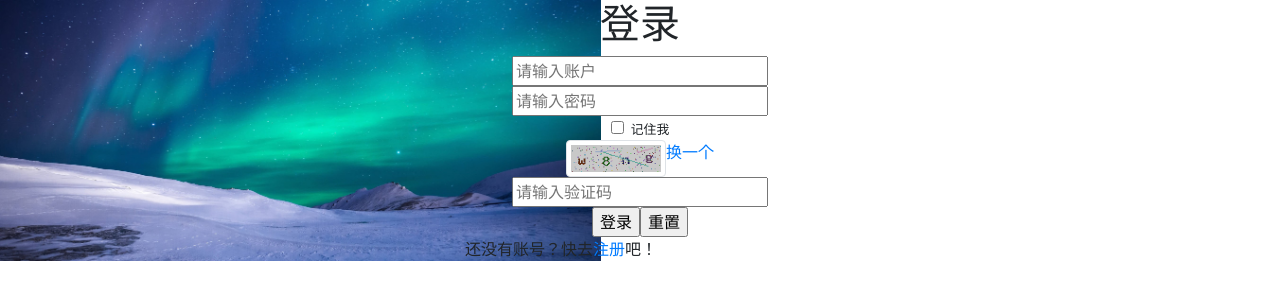
Repository: DHUAVH/Blog
Page: http://localhost/login.php
These files come from the project's save history. The page is drawn as it stood at one moment and after the next save; the edit follows.
The browser window is 1280 px wide. The pictures show the whole page.
Some web libraries are served in a nearby version. The page is run by PHP 8.4 with error messages shown; the project is at /var/www/html/.

Above is the page before, as saved 2020-11-29 17:26:40.

### login.php
<!DOCTYPE html>
<html lang="en">
<head>
    <meta charset="UTF-8">
    <meta name="viewport" content="width=device-width, initial-scale=1.0">
    <link rel="stylesheet" href="https://cdn.staticfile.org/twitter-bootstrap/4.3.1/css/bootstrap.min.css">
    <script src="https://cdn.staticfile.org/jquery/3.2.1/jquery.min.js"></script>
    <script src="https://cdn.staticfile.org/popper.js/1.15.0/umd/popper.min.js"></script>
    <script src="https://cdn.staticfile.org/twitter-bootstrap/4.3.1/js/bootstrap.min.js"></script>
    <title>登陆界面</title>

    <style>
        body{
            background:url(images/bg.jpg);
            background-size:contain;
            background-repeat: no-repeat;
        }
    </style>
</head>

<body>
    <div class="container">
        <h1 class="text-center">登录</h1>
        <div class="row">
            <div class="col-sm-4 offset-sm-4">    <!--使用网格系统和偏移量设置居中-->
                <form role="form" action="loginAction.php" method="POST">
                    <div class="text-center">
                        <input id="ID" type="text" name="username"
                            value="<?php echo isset($_COOKIE['username']) ? $_COOKIE['username'] : "";?>"  placeholder="请输入账户" required>
                    </div>

                    <div class="text-center">
                        <input type="password" id="lastname" name="password" placeholder="请输入密码" required>
                    </div>

                    <div class="form-check text-center">
                        <label class="form-check-label">
                            <input class="form-check-input" type="checkbox"><small>记住我</small>
                        </label>
                    </div>

                    <span colspan="2" class="text-center" style="color:red;font-size:10px;"></span>
                    <?php
                        $err = isset($_GET["err"]) ? $_GET["err"] : "";
                        switch($err){
                            case 1:
                                // 可取消的警告框
                                echo "<div class='alert alert-danger alert-dismissible fade show' role='alert'>";
                                echo "<strong>用户名或密码错误!请检查用户名或重新输入密码！</strong>";
                                echo "<button type=button' class='close' data-dismiss='alert' aria-label='Close'>";
                                echo "<span aria-hidden='true'>&times;</span>";
                                echo "</button>";
                            break;

                            case 2:
                                // 可取消的警告框
                                echo "<div class='alert alert-waring alert-dismissible fade show' role='alert'>";
                                echo "<strong>警告!用户名和密码不能为空！</strong>";
                                echo "<button type=button' class='close' data-dismiss='alert' aria-label='Close'>";
                                echo "<span aria-hidden='true'>&times;</span>";
                                echo "</button>";
                            break;

                            case 3:
                                // 可取消的警告框
                                echo "<div class='alert alert-danger alert-dismissible fade show' role='alert'>";
                                echo "<strong>验证码错误!请重新输入验证码！</strong>";
                                echo "<button type=button' class='close' data-dismiss='alert' aria-label='Close'>";
                                echo "<span aria-hidden='true'>&times;</span>";
                                echo "</button>";
                            break;
                        }
                    ?>

                    <div class="d-flex justify-content-center">
                        <img id="captcha" src="captcha.php?r=<?php echo rand();?>" width="100" class="img-thumbnail">
                        <a href="javascript:void(0)" onclick="document.getElementById('captcha').src='captcha.php?r='+Math.random()">换一个</a>
                    </div>

                    <div class="text-center">
                        <input type="text" name="authcode" placeholder="请输入验证码" required>
                    </div>

                    <div class="d-flex justify-content-center">
                        <input type="submit" name="login" value="登录">
                        <input type="reset" name="reset" value="重置">
                    </div>

                    <span class="text-center" colspan="2" >还没有账号？快去<a href="register.php">注册</a>吧！</span>
                </form>
            </div>
        </div>
    </div>
</body>
</html>

### captcha.php
<?php
  session_start();

  $image = imagecreatetruecolor(100,30);
  $bgcolor = imagecolorallocate($image,200,200,200);
  imagefill($image,0,0,$bgcolor);

  //验证码内容
  $captcha_code = '';
  for($i=0;$i<4;$i++){
      $fontsize = 5;
      $x = ($i*100 / 4) + rand(5,10);
      $y = rand(5,10);
      $data = 'abcdefghkmnprstuvwx345678';
      $str = $data[rand(0,strlen($data))];
      $captcha_code .= $str;
      $fontcolor = imagecolorallocate($image,rand(0,120),rand(0,120),rand(0,120));
      imagestring($image,$fontsize,$x,$y,$str,$fontcolor);
  }

  $_SESSION['authcode'] = $captcha_code;

  //增加点干扰元素
  for($i=0;$i<200;$i++){
      $pointcolor = imagecolorallocate($image,rand(50,200),rand(50,200),rand(50,200));
      imagesetpixel($image,rand(1,99),rand(1,29),$pointcolor);
  }

  //增加线干扰元素
  for($i=0;$i<4;$i++){
      $linecolor = imagecolorallocate($image,rand(80,220),rand(80,220),rand(80,220));
      imageline($image,rand(1,99),rand(1,29),rand(1,99),rand(1,29),$linecolor);
  }


  header('content-type:image/png');    //输出图片的信息
  imagepng($image);   //输出图片

  imagedestroy($image);
?>

After the next save:
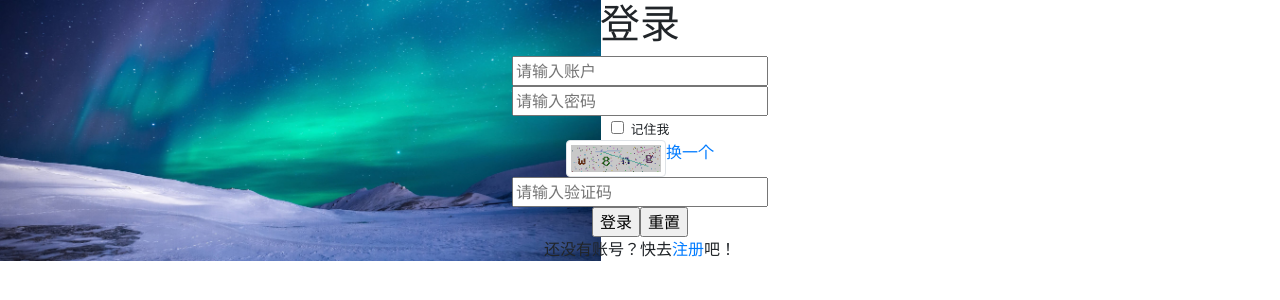
Saved 47 s later.
--- a/login.php
+++ b/login.php
@@ -86,7 +86,10 @@
                         <input type="reset" name="reset" value="重置">
                     </div>
 
-                    <span class="text-center" colspan="2" >还没有账号？快去<a href="register.php">注册</a>吧！</span>
+                    <div class="text-center">
+                    <span colspan="2" >还没有账号？快去<a href="register.php">注册</a>吧！</span>
+                    </div>
+
                 </form>
             </div>
         </div>
